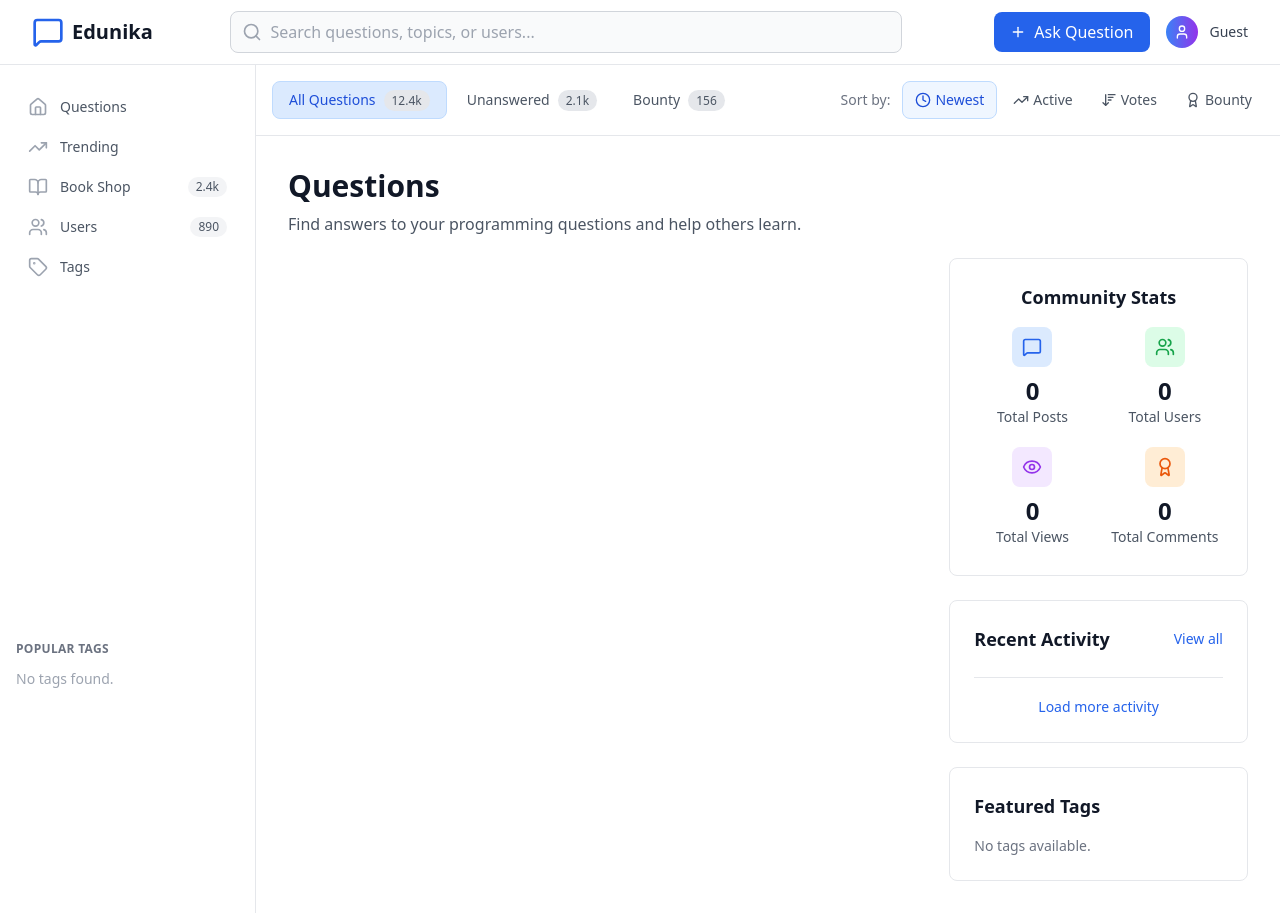
Repository: Ruddro420/forum-front-end
Page: /questions
These files come from the project's save history. The page is drawn as it stood at one moment and after the next save; the edit follows.
The browser window is 1280 px wide. The pictures show the whole page.
The page's requests for data from a server got no answer. The project was rebuilt for these pictures with package versions that can differ from the ones it lists, and the page was loaded fresh each time. No one was signed in, and anything a server would have sent is missing. Also part of the build but not shown: vite.config.js, src/Pages/Home.jsx, src/components/Question/QuestionCard.jsx, src/components/Question/AddQuestionSidebar.jsx, src/Pages/AskQuestion.jsx, src/Pages/ShopPage.jsx, src/Pages/QuestionDetail.jsx, src/Pages/ChatInterface.jsx and 6 more.

Above is the page before, as saved 2025-08-07 01:31:11.

After the next save:
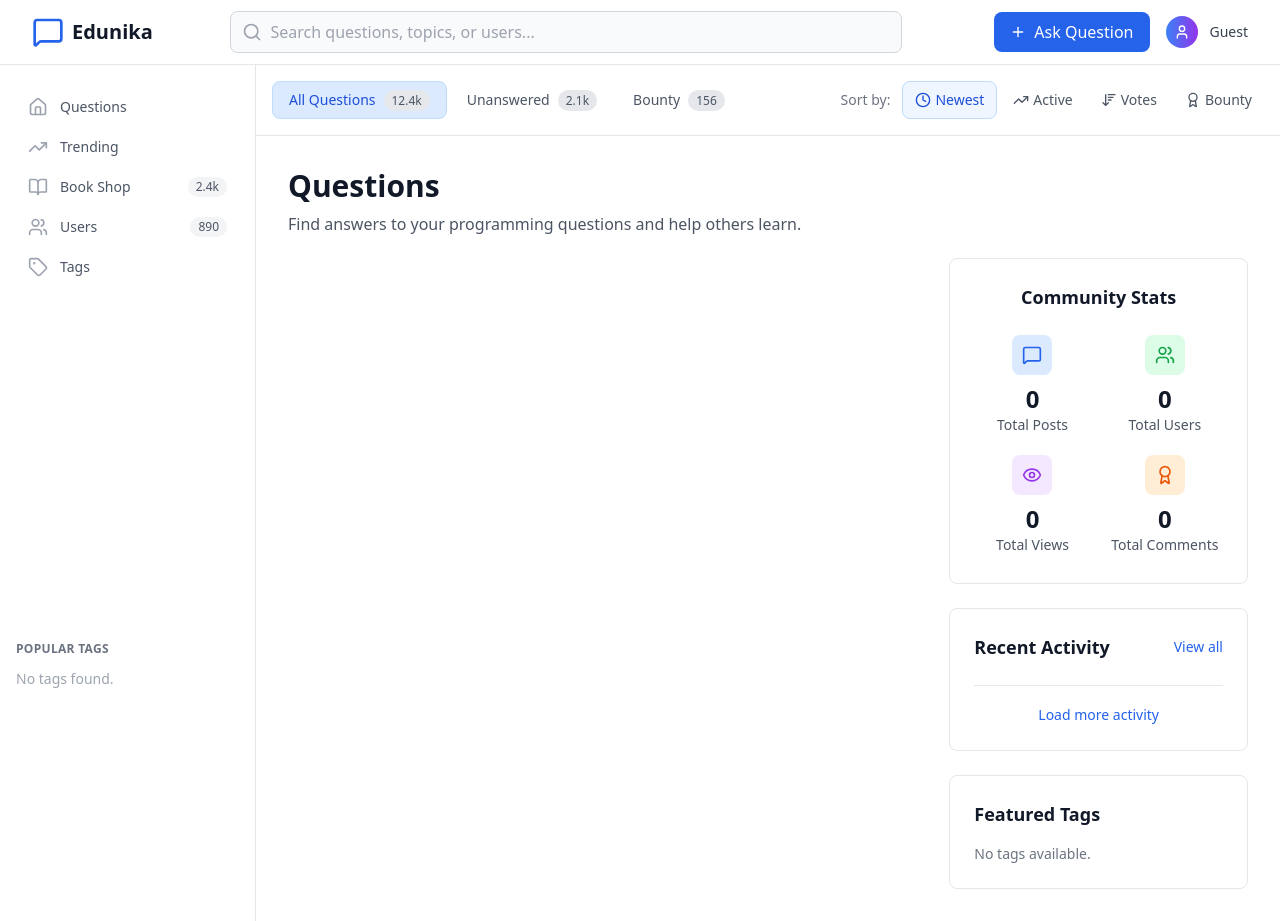
Saved 8 s later.
--- a/src/components/StatsWidget.jsx
+++ b/src/components/StatsWidget.jsx
@@ -45,7 +45,7 @@ const StatsWidget = () => {
 
   return (
     <div className="bg-white rounded-lg border border-gray-200 p-6 ">
-      <h3 className="text-lg font-semibold text-gray-900  mb-4 text-center">
+      <h3 className="text-lg font-semibold text-gray-900  mb-6 text-center">
         Community Stats
       </h3>
 
